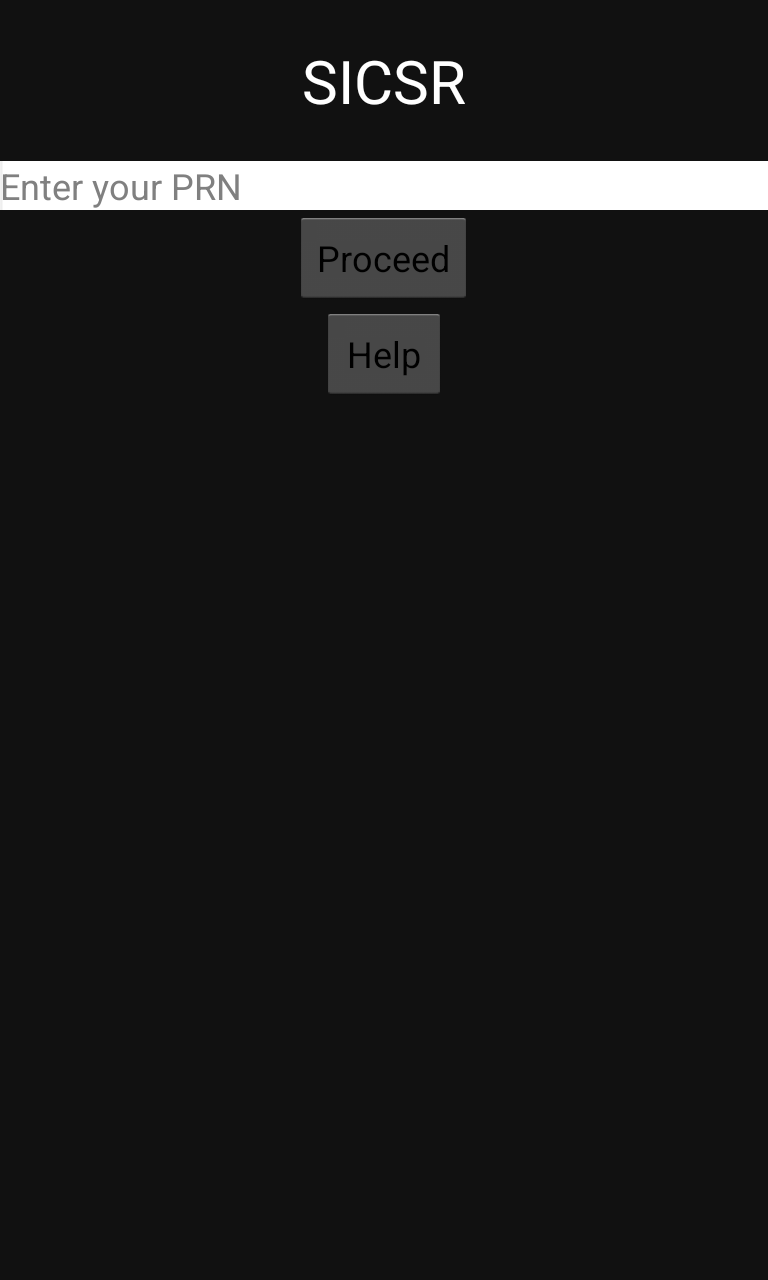
Repository: 12030121030/eventhandling
Layout: layout/res/layout/sicsr.xml
The author's editor kept a copy of each file at every save. The layout is drawn from the files as they stood at one save, then again after a run of saves.
It is drawn on a 768 x 1280 px phone screen (xhdpi) without system bars, with theme AppTheme; the app's code is not run.

Above is the layout before, as saved 2014-12-08 05:31:01.

### layout/res/layout/sicsr.xml
<?xml version="1.0" encoding="utf-8"?>
<LinearLayout xmlns:android="http://schemas.android.com/apk/res/android"
    android:layout_width="match_parent"
    android:layout_height="match_parent"
    android:background="#111111"
    android:orientation="vertical" >

    <TextView
        android:id="@+id/textView1"
        android:layout_width="wrap_content"
        android:layout_height="wrap_content"
        android:text="SICSR"
        android:textColor="#FFFFFF"
        android:textSize="30sp"
        android:layout_gravity="center"
        android:layout_marginTop="20dp"
         />

    <EditText
        android:id="@+id/editText1"
        android:layout_width="match_parent"
        android:layout_height="wrap_content"
        android:ems="10"
        android:hint="Enter your PRN"
        android:inputType="textPersonName"
        android:background="#ffffff"
        android:layout_marginTop="20dp"
         >



        <requestFocus />
    </EditText>

    <Button
        android:id="@+id/button1"
        android:layout_width="wrap_content"
        android:layout_height="wrap_content"
        android:layout_gravity="center"
        android:text="Proceed" />

    <Button
        android:id="@+id/button2"
        android:layout_width="wrap_content"
        android:layout_height="wrap_content"
        android:layout_gravity="center"
        android:text="Help" />

</LinearLayout>

Loaded but not shown: layout/res/values/styles.xml (common file); layout/res/values-v11/styles.xml (common file); layout/res/values-v14/styles.xml (common file)

After the next 2 saves:
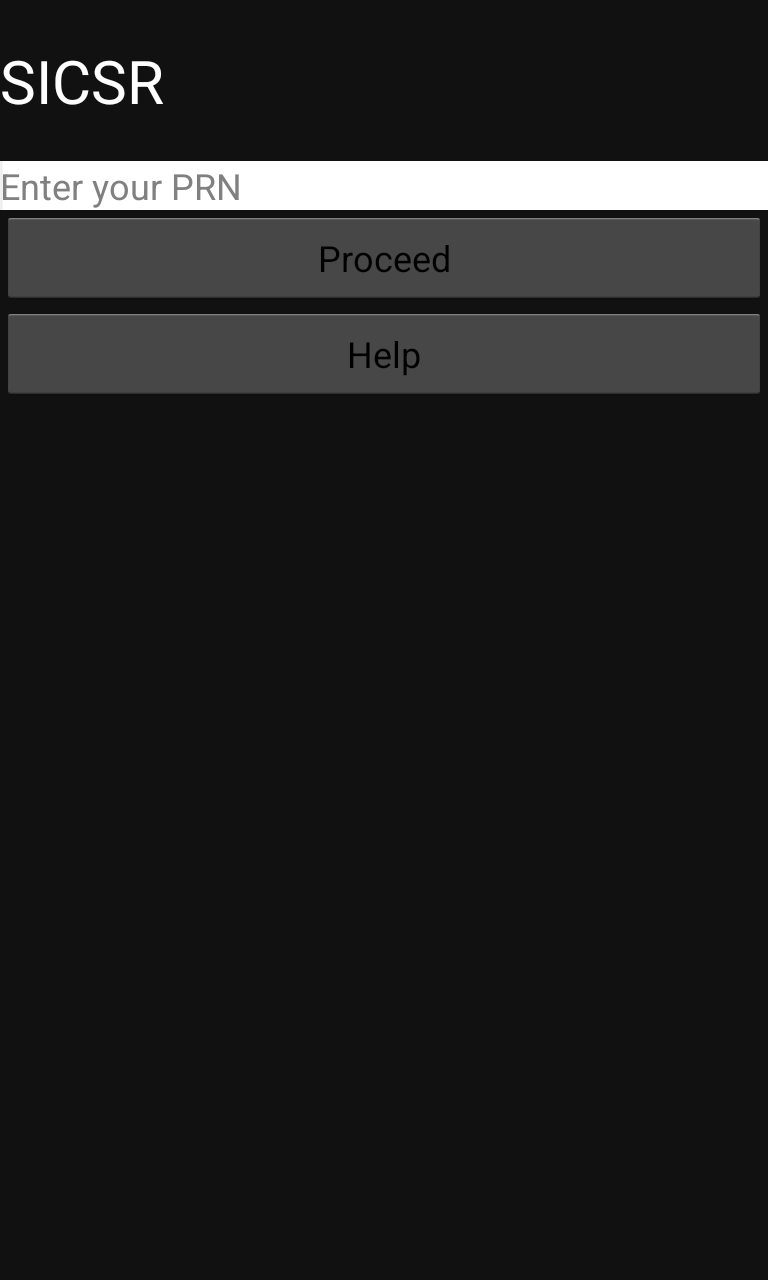
The 2 saves are shown as one change because 1 did not build or start.
The last was saved 115 s later.
--- a/layout/res/layout/sicsr.xml
+++ b/layout/res/layout/sicsr.xml
@@ -1,5 +1,5 @@
 <?xml version="1.0" encoding="utf-8"?>
-<LinearLayout xmlns:android="http://schemas.android.com/apk/res/android"
+<TableLayout xmlns:android="http://schemas.android.com/apk/res/android"
     android:layout_width="match_parent"
     android:layout_height="match_parent"
     android:background="#111111"
@@ -46,4 +46,4 @@
         android:layout_gravity="center"
         android:text="Help" />
 
-</LinearLayout>
+</TableLayout>
